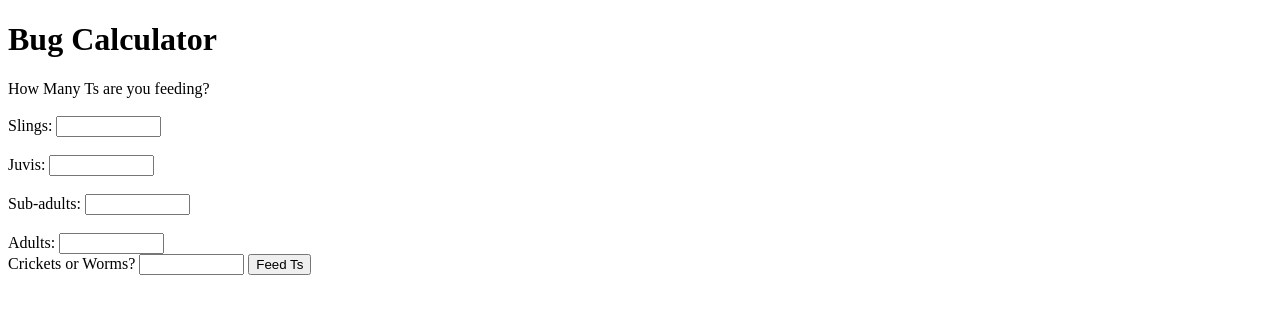
Repository: champloo2/JSPServeletCIS175
Page: http://localhost/TFeeder/bugCalc.jsp
These files come from the project's save history. The page is drawn as it stood at one moment and after the next save; the edit follows.
The browser window is 1280 px wide. The pictures show the whole page.
The page is served by Tomcat 9.

Above is the page before, as saved 2020-02-12 00:29:41.

After the next save:
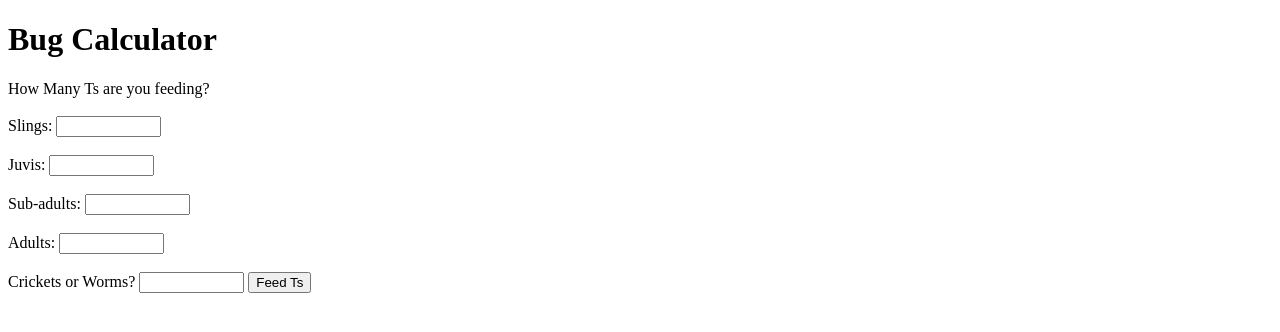
Saved 14 s later.
--- a/TFeeder/WebContent/bugCalc.jsp
+++ b/TFeeder/WebContent/bugCalc.jsp
@@ -18,7 +18,7 @@ Juvis:
 Sub-adults:
 <input type="text" name="numOfSubs" size="10"><br /><br />
 Adults:
-<input type="text" name="numOfAdults" size="10"><br />
+<input type="text" name="numOfAdults" size="10"><br /><br />
 Crickets or Worms?
 <input type="text" name="feederType" size="10">
 <input type="submit" value="Feed Ts" />
